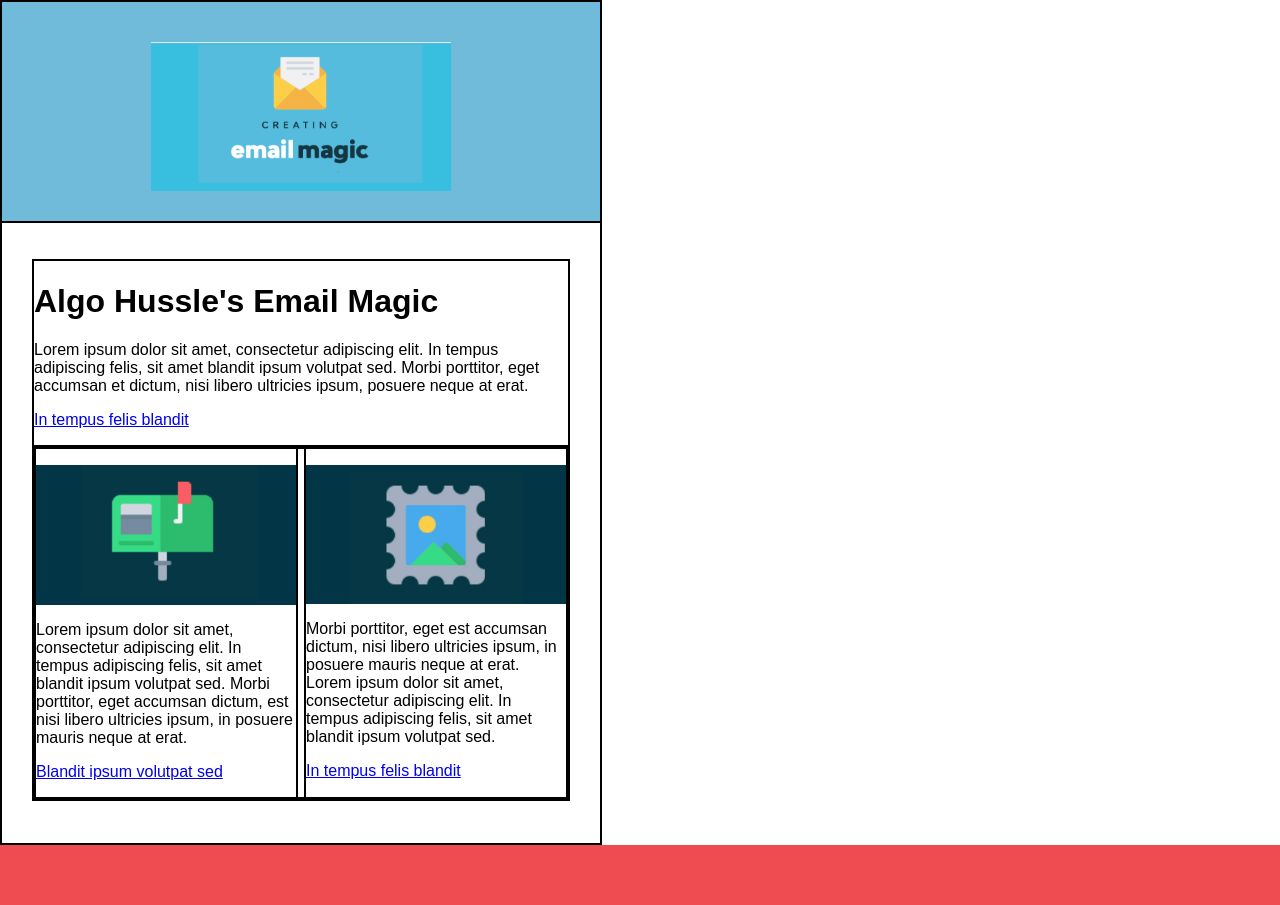
Repository: MikeeBuilds/email-template
Page: index.html
An editor plug-in stored every save of this project. The page is shown before and after a run of saves, followed by the edit.
The browser window is 1280 px wide. The pictures show the whole page.

Above is the page before, as saved 2022-11-21 18:10:35.

After the next 2 saves:
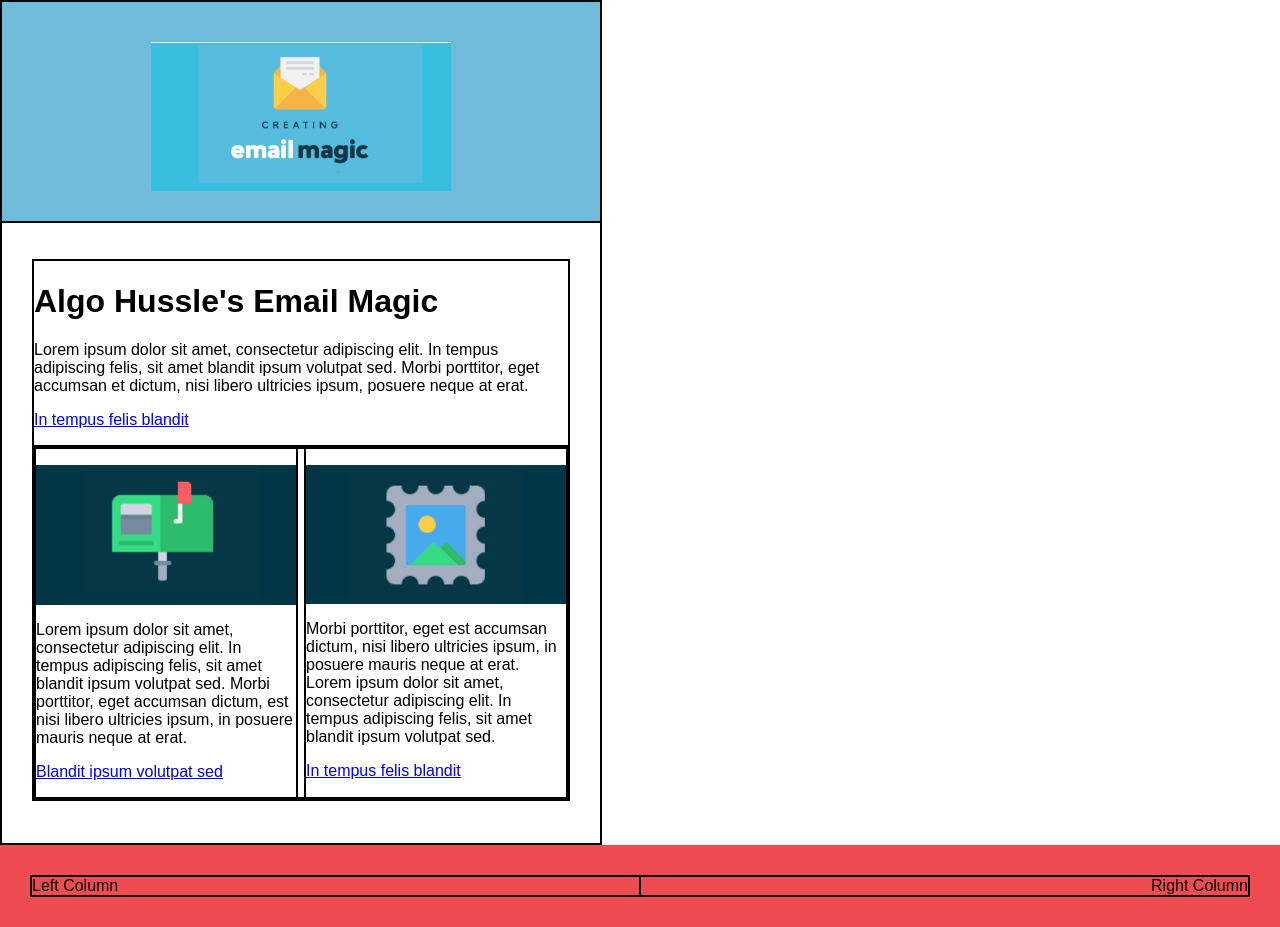
The 2 saves are shown as one change because they came seconds apart.
The last was saved 2 min 10 s later.
--- a/index.html
+++ b/index.html
@@ -72,7 +72,16 @@
 
 
         <footer style="padding: 30px; background: #ee4c50";>
-
+            <table role="presentation" style="width:100%;border-collapse:collapse;border:0;border-spacing:0;">
+                <tr>
+                    <td style="padding:0;width:50%;" align="left">
+                        Left Column
+                    </td>
+                    <td style="padding:0;width:50%;" align="right">
+                        Right Column
+                    </td>
+                </tr>
+            </table>
         </footer>
 
         </html>
